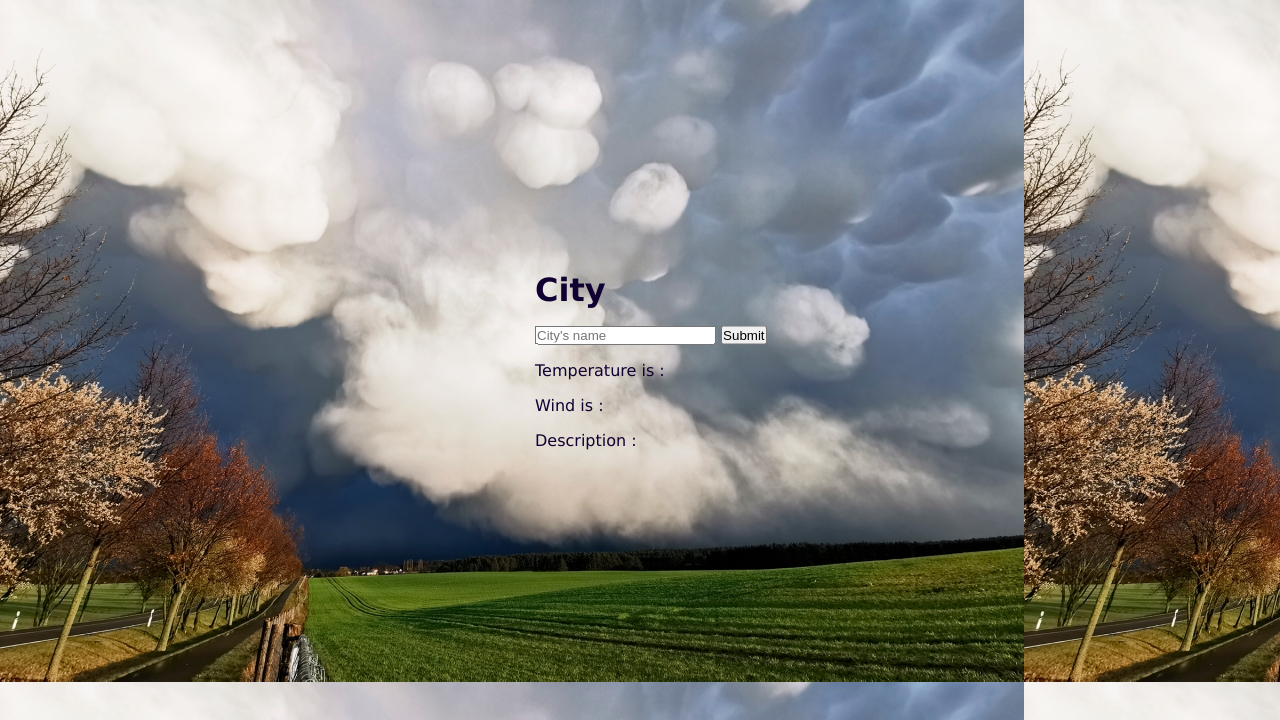
Repository: heartbreathing/searchWeather
Page: index.html
The author's editor kept a copy of each file at every save. The page is drawn from the files as they stood at one save, then again after the next save.
The browser window is 1280 px wide. The pictures show the whole page.

Above is the page before, as saved 2022-11-06 22:47:52.

### index.html
<!DOCTYPE html>
<html lang="en">
  <head>
    <meta charset="UTF-8" />
    <meta http-equiv="X-UA-Compatible" content="IE=edge" />
    <meta name="viewport" content="width=device-width, initial-scale=1.0" />
    <title>search_weather</title>
    <link rel="stylesheet" href="index.css" />
  </head>
  <body>
    <div class="content">
      <h1><span class="name" >City</span></h1>
      <form class="form">
        <input type="text" name="name" placeholder="City's name" />
        <button type="submit">Submit</button>
      </form>
      <p class="content_line">
        Temperature is : <span class="temperature"></span>
      </p>
      <p class="content_line">Wind is :<span class="wind"></span></p>
      <p class="content_line">Description :<span class="description"></span></p>
    </div>

    <script src="index.js"></script>
  </body>
</html>

### index.css
* {
    margin: 0;
    padding: 0;
    box-sizing: border-box ;
}
body {
    background-image: url(./image/background_image.jpg) ;
    font-family: 'Lucida Sans', 'Lucida Sans Regular', 'Lucida Grande', 'Lucida Sans Unicode', Geneva, Verdana, sans-serif ;
    color: rgb(16, 1, 50);
}
.content {
    position: absolute;
    display: inline-block;
    width: 300px;
    top:50%;
    left:50%;
    transform: translate(-35%, -50%);
    row-gap: 1rem;
}
h1 {
    margin-bottom: 1rem;
}
.content_line {
    font-size: 1rem;
    margin-top: 1rem;


}

### index.js
    "use strict";
      let form = document.querySelector('.form');
      let city;

      async function getData() {
        let res = await fetch(
          `https://goweather.herokuapp.com/weather/${city}`
        );
        const data = await res.json();

        const temp = document.querySelector('.temperature');
        const wind = document.querySelector('.wind');
        const forecast = document.querySelector('.content');
        const description = document.querySelector('.description');
        // const name = document.querySelector('.name')

        temp.innerHTML = data.temperature;
        wind.innerHTML = data.wind;
        description.innerHTML = data.description;
        // name.innerHTML = city

      }

      form.addEventListener('submit', function (event) {
        event.preventDefault();
        city = this.elements.name.value;
        getData();
      });

After the next save:
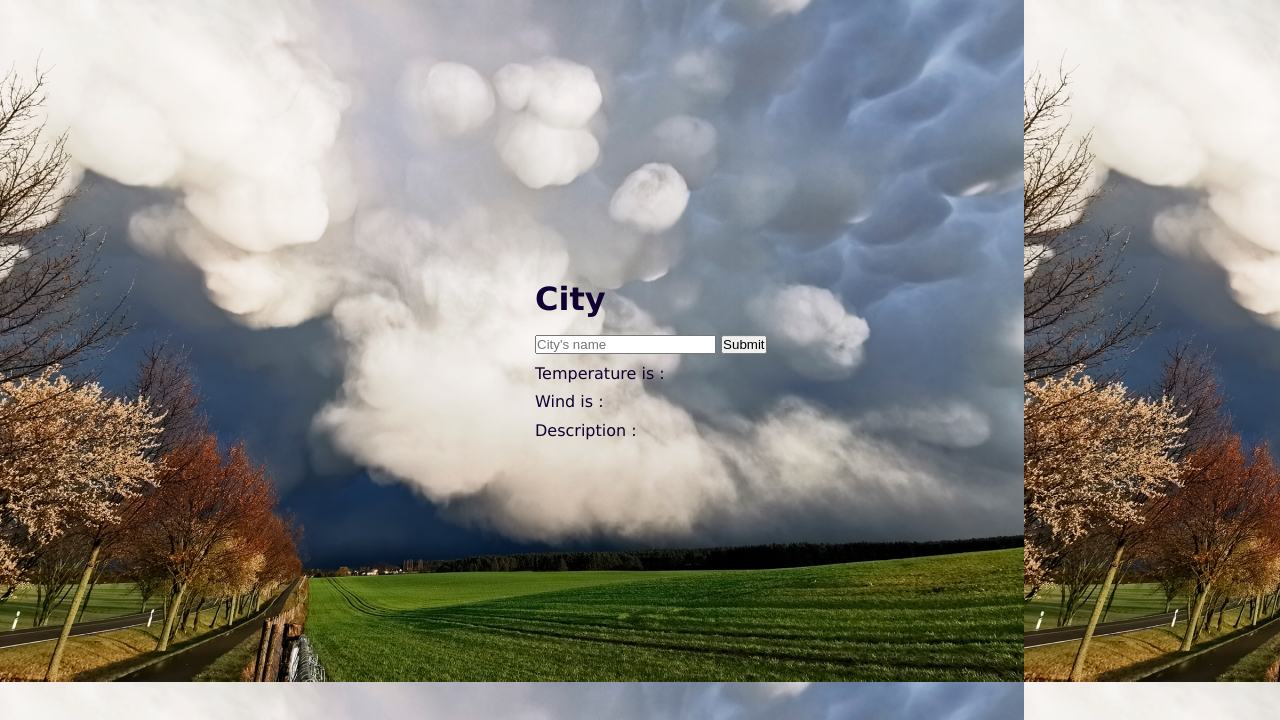
Saved 7 s later.
--- a/index.css
+++ b/index.css
@@ -22,7 +22,7 @@ h1 {
 }
 .content_line {
     font-size: 1rem;
-    margin-top: 1rem;
+    margin-top: 0.6rem;
 
 
 }
